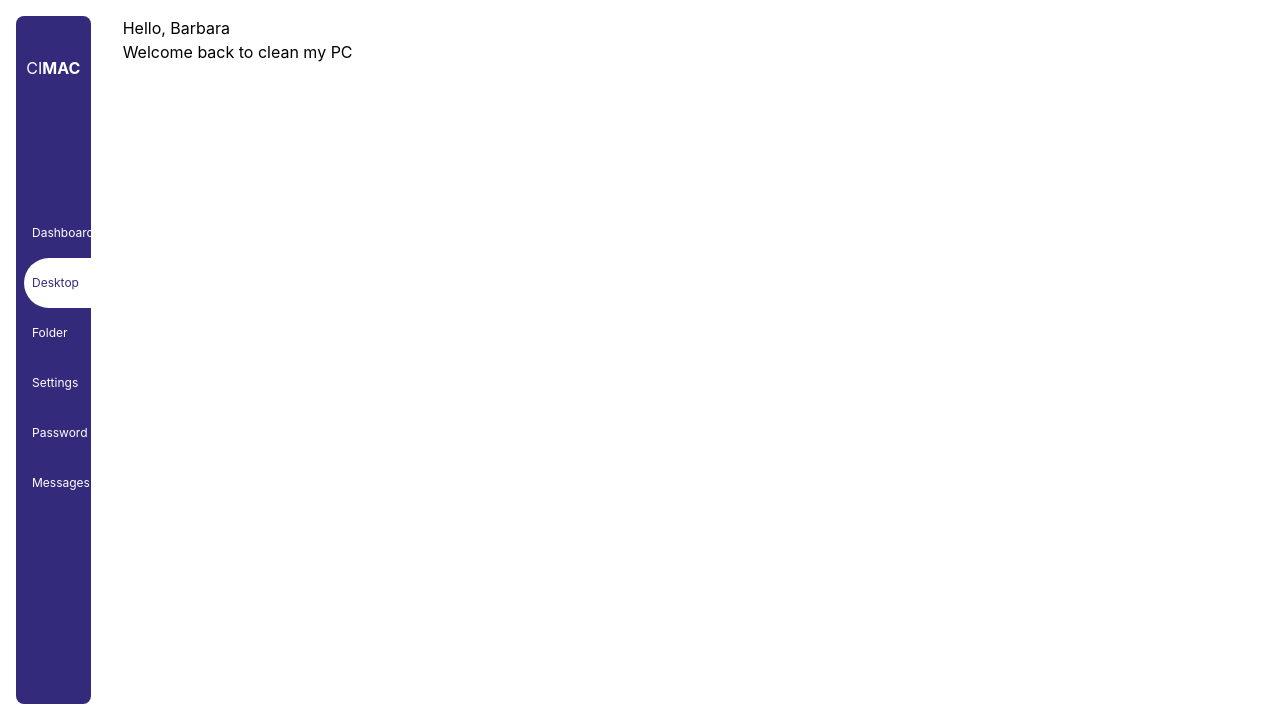
Repository: charleyvibez/experiment-Utility-software-UI
Page: index.html
These files come from the project's save history. The page is drawn as it stood at one moment and after the next save; the edit follows.
The browser window is 1280 px wide. The pictures show the whole page.

Above is the page before, as saved 2020-03-17 23:46:04.

After the next save:
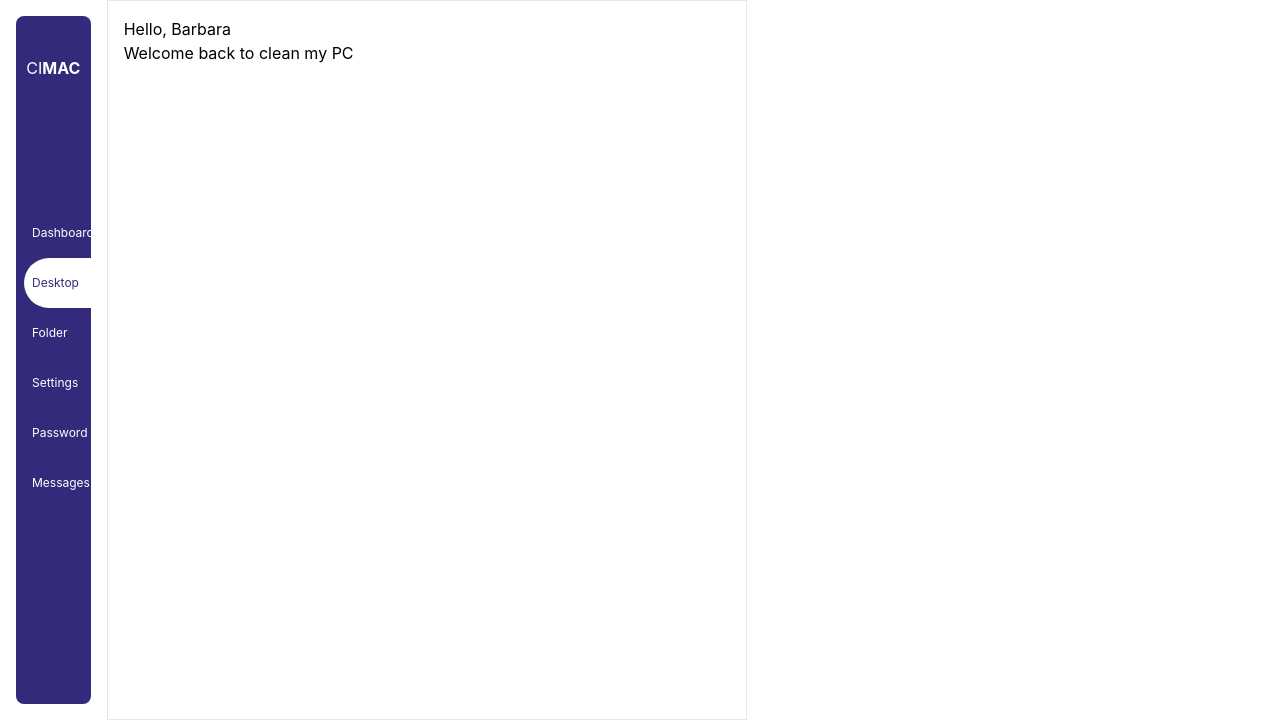
Saved 6 s later.
--- a/index.html
+++ b/index.html
@@ -28,7 +28,7 @@
 
     </aside>
 
-  <main class="w-6/12 p-4 h-screen">
+  <main class="w-6/12 p-4 h-screen border">
     <div class="main-container">
       <div class="hello">
         <h1>Hello, Barbara</h1>
